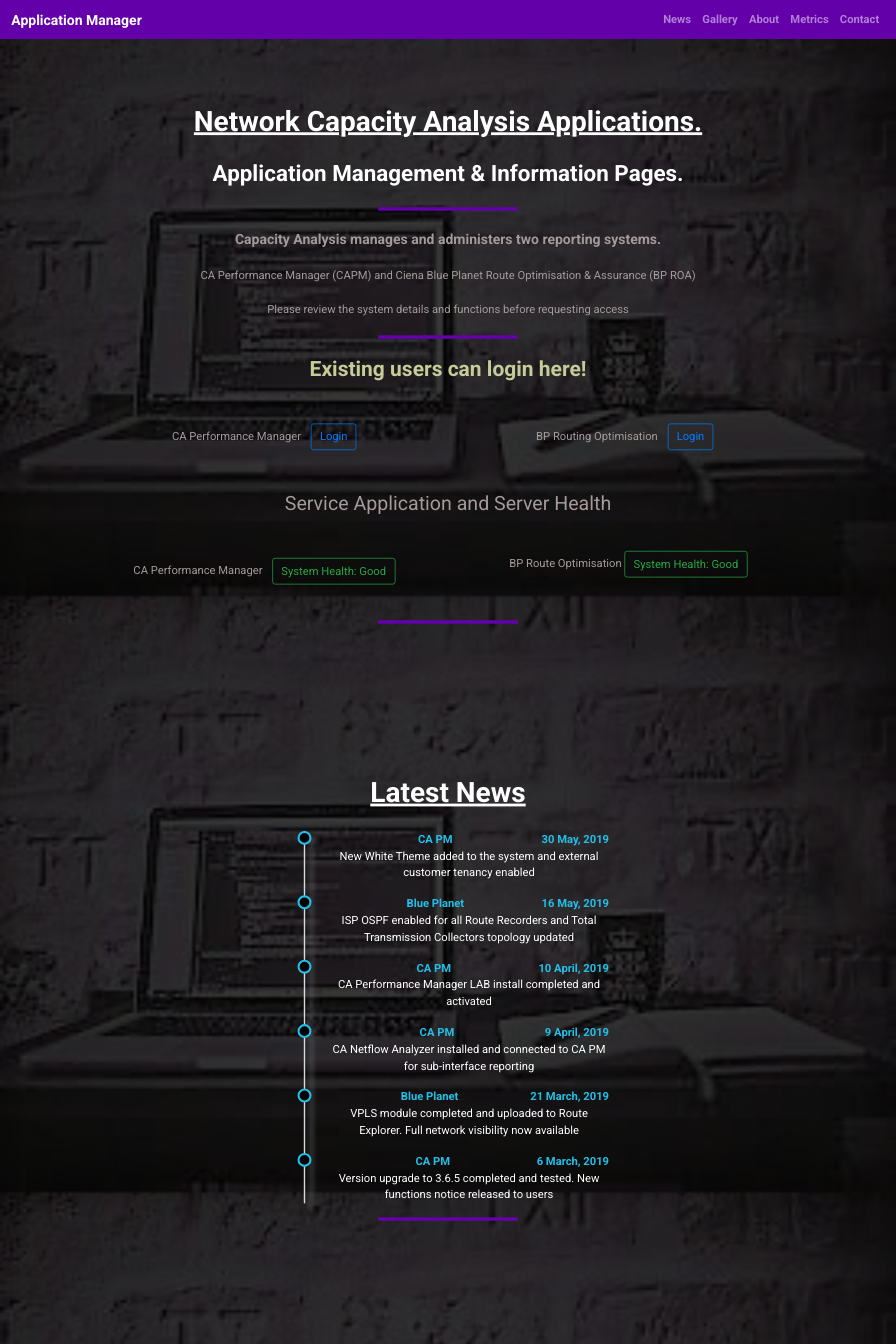
Repository: Mofarrell1967/Application-Manager
Page: index.html
The author's editor kept a record of every edit. The page is drawn from the files as they stood at one moment, then again after the next edit.
The browser window is 1280 px wide. The pictures show the part of the page from y = 0 to 1920 px (the page is 2832 px tall), at 70% of full size.
Backgrounds fixed to the window are drawn as part of the page. Some web libraries are served in a nearby version.

Above is the page before.

After the next edit:
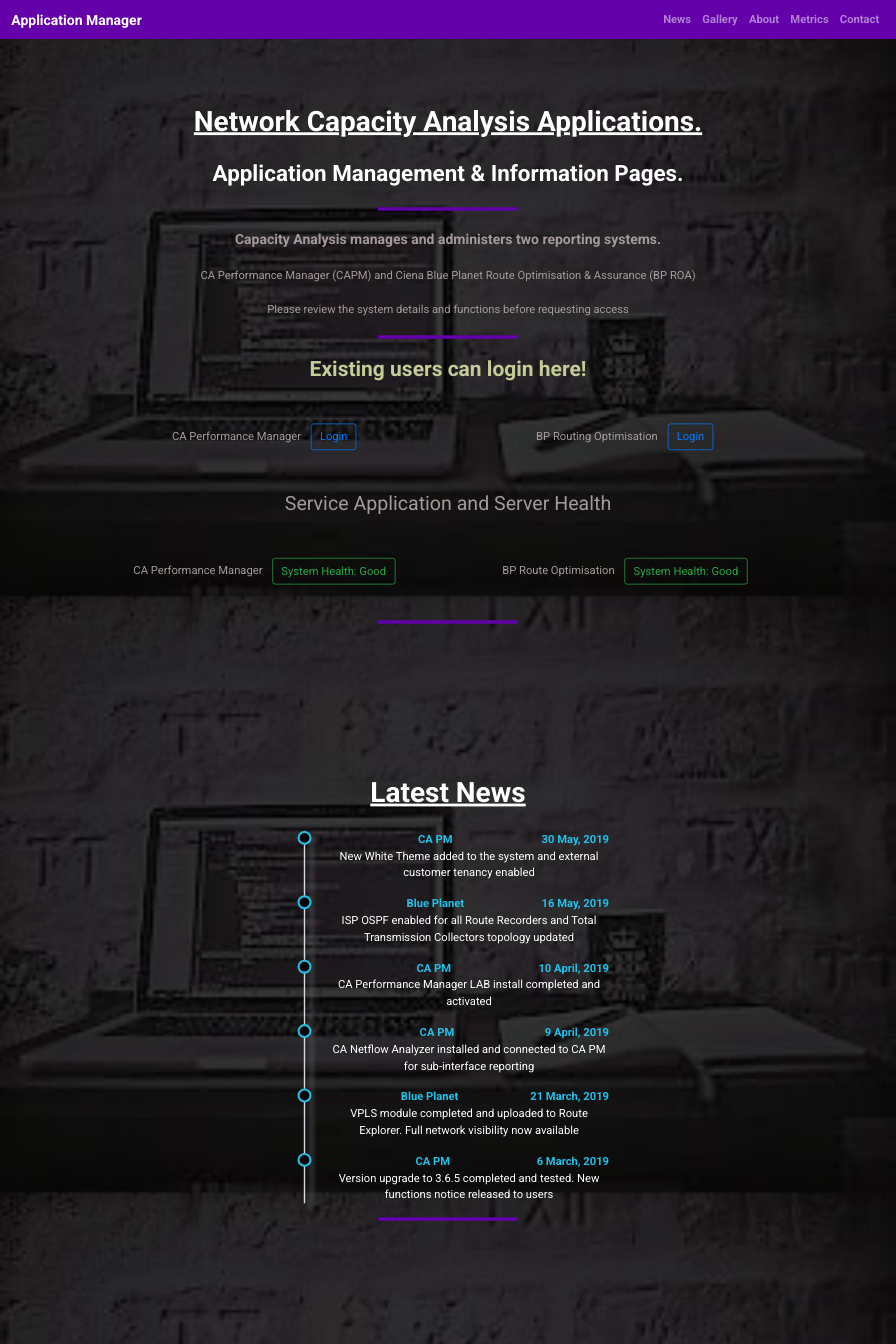
The edit:
--- a/index.html
+++ b/index.html
@@ -72,7 +72,7 @@
                 <p class="main">CA Performance Manager <button type="button" class="btn btn-outline-success data-toggle="tooltip" title="Login is currently disabled until API is completed in next release" style="margin:10px;"">System Health: Good</button>
               </div>
               <div class="col-md-6">
-                <p class="main">BP Route Optimisation <button type="button" class="btn btn-outline-success">System Health: Good</button>
+                <p class="main">BP Route Optimisation <button type="button" class="btn btn-outline-success data-toggle="tooltip" title="Login is currently disabled until API is completed in next release" style="margin:10px;"">System Health: Good</button>
               </div>
             </div>
             <hr class="block-divider">
